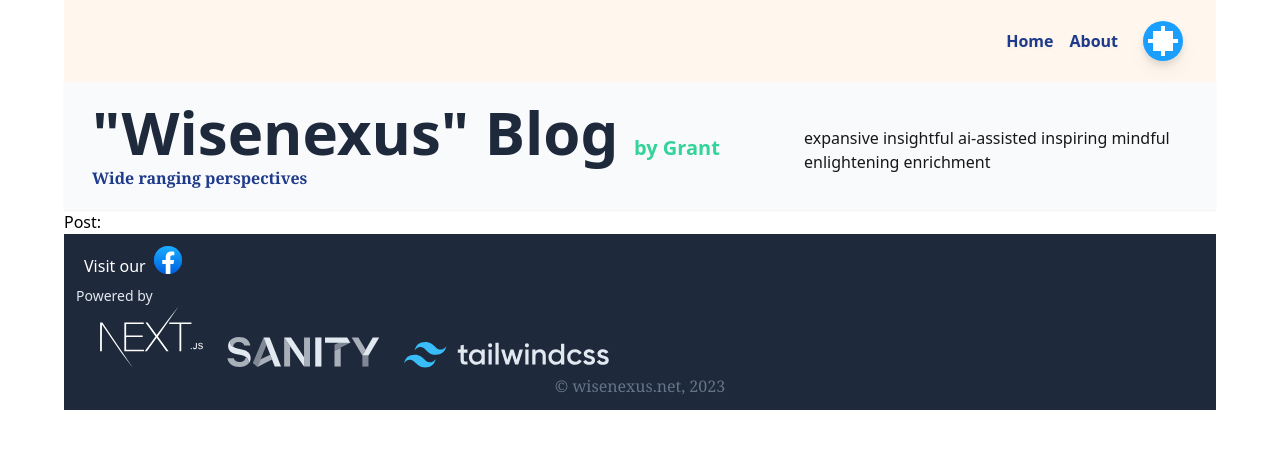
Repository: gpgundersen/sanity3-nextjs13-blog
Page: /post
An editor plug-in stored every save of this project. The page is shown before and after the next save, followed by the edit.
The browser window is 1280 px wide. The pictures show the whole page.
The project was rebuilt for these pictures with package versions that can differ from the ones it lists, and the page was loaded fresh each time. The framework's server and built-in components were replaced by stand-ins that run in the browser. Also part of the build but not shown: next.config.js.

Above is the page before, as saved 2023-02-05 17:02:06.

### app/(user)/layout.tsx
import Header from "../../components/Header"
import Banner from "../../components/Banner"
import Footer from "../../components/Footer"
import "../../styles/globals.css";

export default function RootLayout({
  children,
}: {
  children: React.ReactNode
}): JSX.Element {
  return (
    <html>
      <head />
      <body className="max-w-6xl mx-auto">
        <Header />
        <Banner />
        {children}
        <Footer />
        </body>
    </html>
  )
}

### app/(user)/post/page.tsx
import { client } from "../../../lib/sanity.client"

type Props = {
    params: {
        slug: string;
    };
};

function Post({params:
    { slug } }: Props) {
        return <div>Post: {slug}</div>;
    }


export default Post;

### components/Header.tsx
import NexusLogo from "./NexusLogo"
import Link from "next/link"

function Header() {
    return (
        <header className="flex items-center justify-end space-x-1 font-bold px-7 py-4 bg-orange-50">
            <div className="flex items-center justify-end space-x-4 mx-4 text-blue-900 drop-shadow-sm">
            <div className="hover:text-blue-500"><Link href="/">Home</Link></div>
            <div className="hover:text-blue-500"><Link href="/about/wise-phil">About</Link></div>
            </div>
            <div className="drop-shadow-lg">
               <NexusLogo />
            </div>
        </header>
    )
}

export default Header

### components/Banner.tsx
function Banner() {
    return <div className="flex items-center justify-between space-x-1 font-bold px-7 py-5 bg-slate-50 shadow-sm">
        <div >
            <h1 className="text-6xl text-slate-800">"Wisenexus" Blog <span className=" text-xl text-emerald-400">by Grant</span></h1>
            <h2 className="mt-4 md:mt-1 text-blue-900 font-serif">Wide ranging perspectives</h2>
        </div>
        <p className="mt-5 md:mt-2 max-w-sm text-neutral-900 font-thin">expansive insightful ai-assisted inspiring mindful enlightening enrichment</p>
        </div>

}

export default Banner

### components/Footer.tsx
import FbIcon from "./FbIcon"
import NextJsIcon from "./NextJsIcon"
import SanityIcon from "./SanityIcon"
import TailwindIcon from "./TailwindIcon"

function Footer() {
    return <div className="bg-slate-800 text-slate-200">
      <div className="container p-3">
        <div className="flex justify-start">
            <p className="text-white m-2 font-light">Visit our</p><FbIcon />
        </div>
        <div className="flex-row justify-center space-x-6">
          <p className="text-sm">Powered by</p><NextJsIcon /><SanityIcon /><TailwindIcon /></div>
       <h6 className="font-serif text-slate-500 text-center">© wisenexus.net, 2023</h6>
      </div>
    </div>
}

export default Footer

### components/NexusLogo.tsx
function NexusLogo(props: any) {
    const {renderDefault, title} = props;
    return <div className="flex items-center space-x-2">
        <svg width="50" height="50" viewBox="0 0 50 50">
            <circle cx="25" cy="25" r="20" fill="#1B9FFF"/>
            <rect x="15" y="15" width="20" height="20" fill="white"/>
            <path d="M 25 10 L 25 40" stroke="white" strokeWidth="4"/>
            <path d="M 10 25 L 40 25" stroke="white" strokeWidth="4"/>
        </svg>
        {renderDefault && <>{renderDefault(props)}</>}
    </div>;
}

export default NexusLogo

### components/FbIcon.tsx
function FbIcon() {
    return <button className="bg-blue-600 rounded-full w-7 h-full">
      <a target="_blank" href="https://www.facebook.com/wise.nexus" rel="noopener noreferrer">
        <svg className="fill-white" xmlns="http://www.w3.org/2000/svg" viewBox="0 0 40 40">
          <linearGradient xmlns="http://www.w3.org/2000/svg" id="a" x1="-277.375" x2="-277.375" y1="406.6018" y2="407.5726" gradientTransform="matrix(40 0 0 -39.7778 11115.001 16212.334)" gradientUnits="userSpaceOnUse">
            <stop offset="0" stopColor="#0062e0"/>
            <stop offset="1" stopColor="#19afff"/>
          </linearGradient>
            <path xmlns="http://www.w3.org/2000/svg" fill="url(#a)" d="M16.7 39.8C7.2 38.1 0 29.9 0 20 0 9 9 0 20 0s20 9 20 20c0 9.9-7.2 18.1-16.7 19.8l-1.1-.9h-4.4l-1.1.9z"/>
            <path xmlns="http://www.w3.org/2000/svg" fill="#fff" d="m27.8 25.6.9-5.6h-5.3v-3.9c0-1.6.6-2.8 3-2.8H29V8.2c-1.4-.2-3-.4-4.4-.4-4.6 0-7.8 2.8-7.8 7.8V20h-5v5.6h5v14.1c1.1.2 2.2.3 3.3.3 1.1 0 2.2-.1 3.3-.3V25.6h4.4z"/>
        </svg>
      </a>
    </button>
}

export default FbIcon

### components/NextJsIcon.tsx
function NextJsIcon() {
    return <button className="">
        <a target="_blank" href="https://nextjs.org/" rel="noopener noreferrer">
            <svg xmlns="http://www.w3.org/2000/svg" width="103px" height="62px" viewBox="0 0 207 124" fill="white">
            <path d="M48.9421964,32.6320058 L87.9011585,32.6320058 L87.9011585,35.7136421 L52.5134345,35.7136421 L52.5134345,58.9070103 L85.7908813,58.9070103 L85.7908813,61.9886466 L52.5134345,61.9886466 L52.5134345,87.4526941 L88.306981,87.4526941 L88.306981,90.5343303 L48.9421964,90.5343303 L48.9421964,32.6320058 Z M91.3912326,32.6320058 L95.5306221,32.6320058 L113.8738,58.0960534 L132.622801,32.6320058 L158.124498,0.286809811 L116.22757,60.7722112 L137.817329,90.5343303 L133.51561,90.5343303 L113.8738,63.4483691 L94.1508254,90.5343303 L89.9302715,90.5343303 L111.682358,60.7722112 L91.3912326,32.6320058 Z M139.359455,35.713642 L139.359455,32.6320058 L183.756439,32.6320058 L183.756439,35.7136421 L163.302983,35.7136421 L163.302983,90.5343303 L159.731745,90.5343303 L159.731745,35.7136421 L139.359455,35.713642 Z"/>
            <polygon points="0.202923647 32.6320058 4.66697141 32.6320058 66.2235778 124.303087 40.785176 90.5343303 3.93649086 37.0111732 3.77416185 90.5343303 0.202923647 90.5343303"/>
            <path d="M183.396622,86.5227221 C184.134938,86.5227221 184.673474,85.9601075 184.673474,85.233037 C184.673474,84.5059658 184.134938,83.9433513 183.396622,83.9433513 C182.666993,83.9433513 182.11977,84.5059658 182.11977,85.233037 C182.11977,85.9601075 182.666993,86.5227221 183.396622,86.5227221 Z M186.905793,83.1297235 C186.905793,85.2763149 188.460599,86.678523 190.727662,86.678523 C193.142388,86.678523 194.601647,85.233037 194.601647,82.7229099 L194.601647,73.8855335 L192.655968,73.8855335 L192.655968,82.7142542 C192.655968,84.1078073 191.952397,84.8521899 190.710289,84.8521899 C189.598473,84.8521899 188.842785,84.1597409 188.816727,83.1297235 L186.905793,83.1297235 Z M197.146664,83.0172011 C197.285642,85.2503478 199.153145,86.678523 201.932686,86.678523 C204.903321,86.678523 206.762139,85.1811034 206.762139,82.792155 C206.762139,80.9138876 205.702439,79.8752151 203.131364,79.2779777 L201.750279,78.9404092 C200.117298,78.5595622 199.457158,78.0488813 199.457158,77.1573541 C199.457158,76.0321243 200.482113,75.296398 202.019547,75.296398 C203.478806,75.296398 204.48639,76.0148135 204.668797,77.1660091 L206.562359,77.1660091 C206.44944,75.0626962 204.590622,73.5825873 202.045605,73.5825873 C199.309495,73.5825873 197.48542,75.0626962 197.48542,77.2871878 C197.48542,79.1221767 198.519063,80.2127835 200.786126,80.7407758 L202.401734,81.1302779 C204.060773,81.5197807 204.790402,82.091051 204.790402,83.0431676 C204.790402,84.1510859 203.643842,84.9560573 202.08035,84.9560573 C200.403939,84.9560573 199.240006,84.2030196 199.074971,83.0172011 L197.146664,83.0172011 Z"/>
            </svg>
        </a>
    </button>
}

export default NextJsIcon

### components/SanityIcon.tsx
function SanityIcon () {
    return <button className="">
        <a target="_blank" href="https://www.sanity.io/" rel="noopener noreferrer">
        <svg viewBox="0 0 105 22" fill="none" xmlns="http://www.w3.org/2000/svg" height="2em">
            <path opacity="0.7" d="M78.1793 7.99261V21.0028H73.9031V10.2138L78.1793 7.99261Z" fill="currentColor"></path>
            <path opacity="0.7" d="M20.9511 21.33L30.944 16.1051L29.7121 12.9141L23.1332 15.9821L20.9511 21.33Z" fill="currentColor"></path>
            <path opacity="0.5" d="M73.9031 10.2027L84.7443 4.65477L82.9126 1.5571L73.9031 5.95997V10.2027Z" fill="currentColor"></path>
            <path opacity="0.7" d="M43.3705 6.96233V21.0028H39.2927V1.00714L43.3705 6.96233Z" fill="currentColor"></path>
            <path opacity="0.5" d="M27.1299 6.18617L20.9511 21.33L17.7731 18.5943L25.1353 1.00714L27.1299 6.18617Z" fill="currentColor"></path>
            <path d="M25.1353 1.00714H29.3477L37.1386 21.0028H32.8269L25.1353 1.00714Z" fill="currentColor"></path>
            <path d="M44.0012 1.00714L52.9824 14.6682V21.0028L39.2927 1.00714H44.0012Z" fill="currentColor"></path>
            <path d="M64.9183 1.00714H60.6739V21.0063H64.9183V1.00714Z" fill="currentColor"></path>
            <path d="M73.9031 4.65474H67.37V1.00714H82.5867L84.7443 4.65474H78.1793H73.9031Z" fill="currentColor"></path>
            <path opacity="0.5" d="M97.2754 13.4153V21.0028H93.0629V13.4153" fill="currentColor"></path>
            <path d="M93.0629 13.4152L100.191 1.00714H104.666L97.2754 13.4152H93.0629Z" fill="currentColor"></path>
            <path opacity="0.7" d="M93.063 13.4152L85.7363 1.00714H90.3456L95.3092 9.51008L93.063 13.4152Z" fill="currentColor"></path>
            <path d="M1.96126 3.31479C1.96126 6.09921 3.71145 7.75595 7.21536 8.62956L10.9283 9.47533C14.2444 10.2236 16.2639 12.0822 16.2639 15.1103C16.2897 16.4295 15.8531 17.7173 15.0274 18.7579C15.0274 15.7368 13.4367 14.1044 9.59972 13.1229L5.95409 12.3085C3.03475 11.6541 0.781478 10.1262 0.781478 6.83709C0.766123 5.56693 1.18116 4.32781 1.96126 3.31479" fill="currentColor"></path>
            <path opacity="0.7" d="M52.9824 13.6415V1.00714H57.0602V21.0028H52.9824V13.6415Z" fill="currentColor"></path>
            <path opacity="0.7" d="M12.7458 14.3689C14.3294 15.3643 15.0238 16.7565 15.0238 18.7544C13.713 20.4041 11.4101 21.33 8.70333 21.33C4.14718 21.33 0.958577 19.1268 0.25 15.2982H4.62547C5.18878 17.0559 6.68034 17.8703 8.67144 17.8703C11.1019 17.8703 12.7174 16.5964 12.7493 14.3619" fill="currentColor"></path>
            <path opacity="0.7" d="M4.23567 7.44267C3.5125 7.02045 2.9192 6.41375 2.51873 5.68697C2.11827 4.96019 1.92558 4.14045 1.96113 3.31476C3.22594 1.67891 5.42608 0.679993 8.10804 0.679993C12.7492 0.679993 15.4347 3.08852 16.0972 6.47856H11.8883C11.4242 5.14203 10.2621 4.10136 8.14347 4.10136C5.87957 4.10136 4.33487 5.39611 4.24629 7.44267" fill="currentColor"></path>
        </svg>
        </a>
    </button>
}

export default SanityIcon

### components/TailwindIcon.tsx
function TailwindIcon() {
    return <button className="">
        <a target="_blank" href="https://tailwindcss.com/" rel="noopener noreferrer">
            <svg xmlns="http://www.w3.org/2000/svg" width="204.8" height="25.6" viewBox="0 0 512 64">
                <path d="M52.898 0C38.792 0 29.976 7.053 26.45 21.16c5.29-7.054 11.462-9.699 18.515-7.935 4.024 1.005 6.9 3.926 10.084 7.157 5.186 5.264 11.189 11.357 24.3 11.357 14.106 0 22.922-7.053 26.449-21.16-5.29 7.054-11.462 9.699-18.515 7.935-4.024-1.005-6.9-3.926-10.084-7.157C72.012 6.093 66.01 0 52.898 0zM26.45 31.739c-14.106 0-22.922 7.053-26.449 21.16 5.29-7.054 11.461-9.699 18.514-7.935 4.025 1.007 6.9 3.926 10.084 7.157 5.186 5.264 11.19 11.357 24.3 11.357 14.107 0 22.923-7.053 26.45-21.16-5.29 7.054-11.462 9.699-18.515 7.935-4.024-1.005-6.9-3.926-10.084-7.156-5.186-5.265-11.189-11.358-24.3-11.358z" fill="#38bdf8"/>
                <path d="M158.687 26.747h-9.231v17.868c0 4.765 3.126 4.69 9.231 4.392v7.222c-12.358 1.489-17.272-1.936-17.272-11.614V26.747h-6.85v-7.743h6.85v-10l8.04-2.382v12.382h9.232zm35.192-7.743h8.04V56.23h-8.04v-5.36c-2.83 3.945-7.222 6.328-13.03 6.328-10.124 0-18.537-8.562-18.537-19.58 0-11.093 8.413-19.58 18.538-19.58 5.807 0 10.2 2.382 13.029 6.253zM182.115 49.53c6.7 0 11.764-4.989 11.764-11.912s-5.063-11.912-11.764-11.912-11.763 4.988-11.763 11.912 5.063 11.912 11.763 11.912zm33.205-36.11c-2.83 0-5.137-2.383-5.137-5.138a5.147 5.147 0 0 1 5.137-5.137 5.147 5.147 0 0 1 5.137 5.137c0 2.755-2.308 5.138-5.137 5.138zm-4.02 42.808V19.004h8.04V56.23zm17.346 0V1.881h8.041v54.348zm60.23-37.225h8.487L285.675 56.23h-7.892l-7.743-25.09-7.817 25.09h-7.891l-11.689-37.225h8.487l7.222 25.685 7.817-25.685h7.668l7.743 25.685zm18.464-5.583c-2.83 0-5.137-2.383-5.137-5.138a5.147 5.147 0 0 1 5.137-5.137 5.147 5.147 0 0 1 5.137 5.137c0 2.755-2.308 5.138-5.137 5.138zm-4.02 42.808V19.004h8.04V56.23zm36.926-38.193c8.339 0 14.295 5.659 14.295 15.337v22.856h-8.04V34.192c0-5.658-3.277-8.636-8.34-8.636-5.285 0-9.454 3.127-9.454 10.72V56.23h-8.04V19.004h8.04v4.765c2.457-3.871 6.477-5.733 11.54-5.733zM392.66 4.114h8.04V56.23h-8.04v-5.36c-2.83 3.945-7.222 6.328-13.029 6.328-10.125 0-18.538-8.562-18.538-19.58 0-11.093 8.413-19.58 18.538-19.58 5.807 0 10.2 2.382 13.029 6.253zM380.896 49.53c6.7 0 11.763-4.989 11.763-11.912s-5.063-11.912-11.763-11.912-11.763 4.988-11.763 11.912 5.062 11.912 11.763 11.912zm46.754 7.668c-11.242 0-19.654-8.562-19.654-19.58 0-11.093 8.412-19.58 19.654-19.58 7.296 0 13.625 3.796 16.603 9.603l-6.924 4.02c-1.638-3.498-5.286-5.732-9.753-5.732-6.552 0-11.54 4.988-11.54 11.689s4.988 11.688 11.54 11.688c4.467 0 8.115-2.308 9.902-5.732l6.923 3.945c-3.126 5.882-9.455 9.679-16.75 9.679zm30.003-27.919c0 6.775 20.027 2.68 20.027 16.454 0 7.445-6.477 11.465-14.517 11.465-7.445 0-12.806-3.35-15.188-8.71l6.924-4.021c1.191 3.35 4.169 5.36 8.264 5.36 3.573 0 6.328-1.19 6.328-4.169 0-6.626-20.027-2.903-20.027-16.23 0-6.998 6.03-11.39 13.624-11.39 6.105 0 11.168 2.828 13.773 7.742l-6.774 3.797c-1.34-2.903-3.946-4.244-6.999-4.244-2.903 0-5.435 1.266-5.435 3.946zm34.322 0c0 6.775 20.027 2.68 20.027 16.454 0 7.445-6.477 11.465-14.518 11.465-7.445 0-12.805-3.35-15.188-8.71l6.924-4.021c1.191 3.35 4.17 5.36 8.264 5.36 3.574 0 6.328-1.19 6.328-4.169 0-6.626-20.027-2.903-20.027-16.23 0-6.998 6.03-11.39 13.625-11.39 6.104 0 11.167 2.828 13.773 7.742l-6.775 3.797c-1.34-2.903-3.946-4.244-6.998-4.244-2.904 0-5.435 1.266-5.435 3.946z" fill="currentColor"/>
            </svg>
        </a>
    </button>
}

export default TailwindIcon

Loaded but not shown: styles/globals.css (common file); tailwind.config.js (common file)

After the next save:
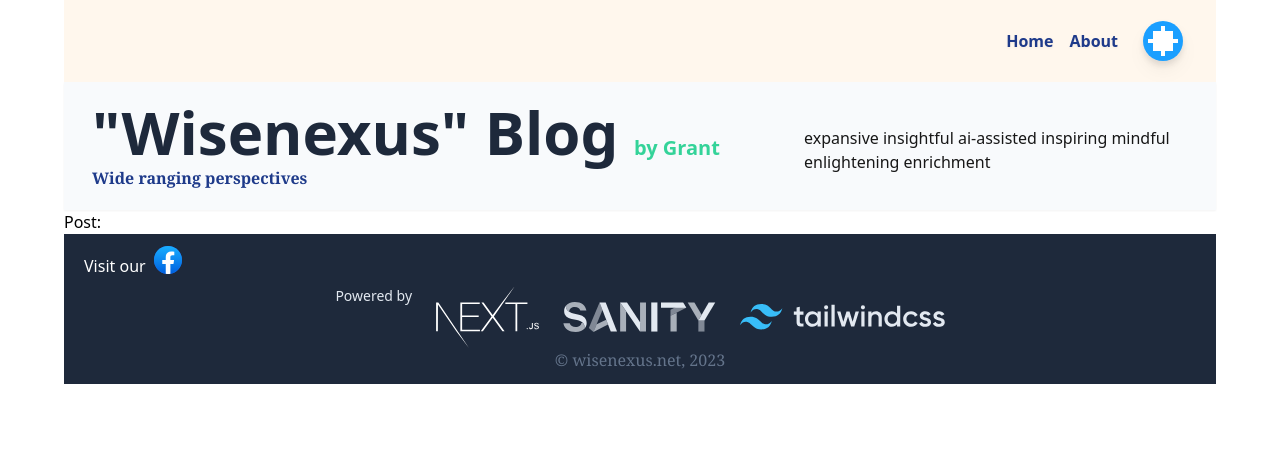
Saved 13 s later.
--- a/components/Footer.tsx
+++ b/components/Footer.tsx
@@ -9,7 +9,7 @@
         <div className="flex justify-start">
             <p className="text-white m-2 font-light">Visit our</p><FbIcon />
         </div>
-        <div className="flex-row justify-center space-x-6">
+        <div className="flex flex-row justify-center space-x-6">
           <p className="text-sm">Powered by</p><NextJsIcon /><SanityIcon /><TailwindIcon /></div>
        <h6 className="font-serif text-slate-500 text-center">© wisenexus.net, 2023</h6>
       </div>
